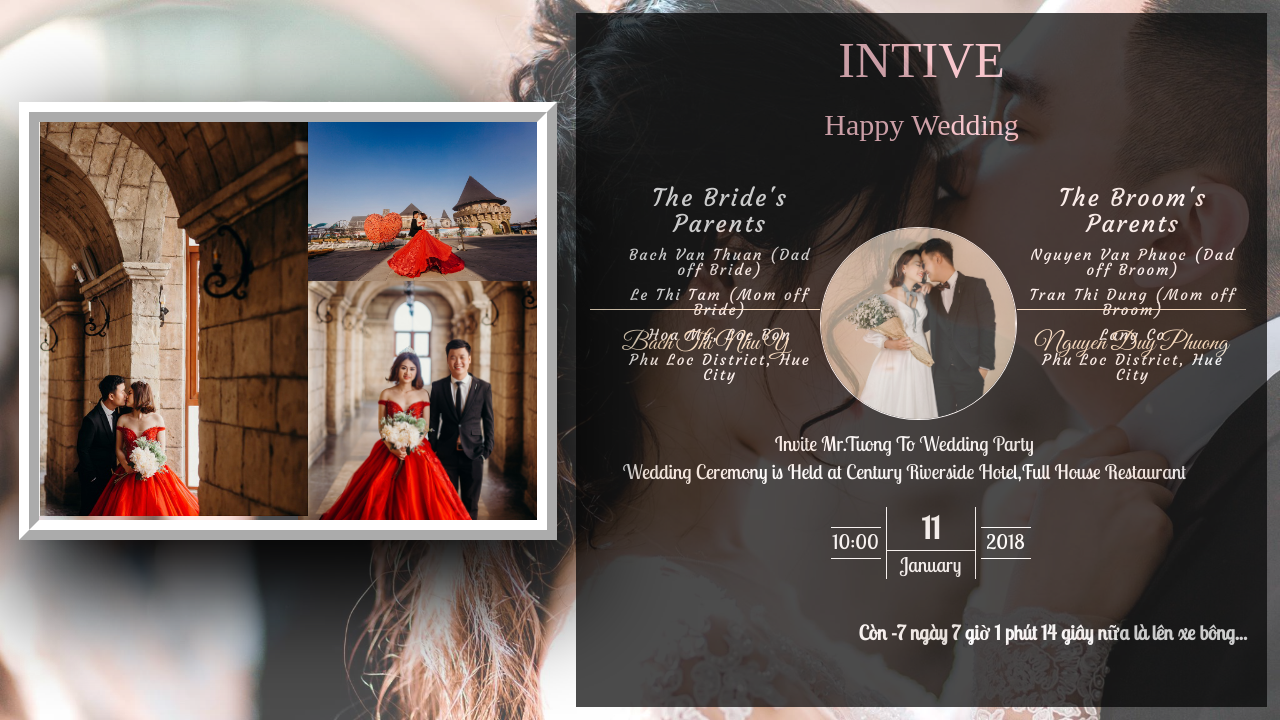
Repository: nguyenhuutuong999/WeddingOfSister
Page: index.html
These files come from the project's save history. The page is drawn as it stood at one moment and after the next save; the edit follows.
The browser window is 1280 px wide. The pictures show the whole page.
Some web fonts or font styles are not loaded; a fallback is used.

Above is the page before, as saved 2019-09-17 17:25:35.

### index.html
<!doctype html>
<html>

<head>
    <meta charset="utf-8">
    <meta name="viewport" content="width=device-width, initial-scale=1">
    <title>Wedding</title>

    <!-- Latest compiled and minified CSS & JS -->

    <link rel="stylesheet" href="./style.css">


    <!-- Latest compiled and minified CSS & JS -->
    <link rel="stylesheet" media="screen" href="//netdna.bootstrapcdn.com/bootstrap/3.3.4/css/bootstrap.min.css">
    <script src="//code.jquery.com/jquery.js"></script>
    <script src="//netdna.bootstrapcdn.com/bootstrap/3.3.4/js/bootstrap.min.js"></script>

    <link rel="stylesheet" href="./animate.css">
    <script type="text/javascript" src="./wow.min.js"></script>
    <script>
        new WOW().init();
    </script>

</head>


<body>
    <div id="container">
        <div id="opacity-background"></div>

        <div id="album">
                <img id = "vh" name="image_vh" src="./images/vh1.jpg" class="wow fadeInLeft" data-wow-duration="1s">
                <img id = "hh" name="image_hh" src="./images/hh1.jpg" class="wow fadeInRight" data-wow-duration="1s">
            <img id = "s" name="image_s" src="./images/s1.jpg" class="wow fadeInUp" data-wow-duration="1s">
        </div>
        <div id="content">
            <h1 id="invite">INTIVE</h1>
            <h2 id="happy">Happy Wedding</h2>
            <div id="infor">
                <div id="bride" class="wedding">
                    <!-- // <label>Le Thi Thanh Ngan</label> -->
                    <h3>The Bride's Parents</h3>
                    <p>Bach Van Thuan (Dad off Bride)</p>
                    <p>Le Thi Tam (Mom off Bride)</p>
                    <p>Hoa My, Loc Bon</p>
                    <p>Phu Loc District, Hue City</p>

                </div>
                <div id="broom" class="wedding">
                    <!--  -->
                    <h3>The Broom's Parents</h3>
                    <p>Nguyen Van Phuoc (Dad off Broom)</p>
                    <p>Tran Thi Dung (Mom off Broom)</p>
                    <p>Lang Co</p>
                    <p>Phu Loc District, Hue City</p>

                </div>
                <!-- <canvas id="myCanvas" width="470" height="300"></canvas> -->

            </div>
            <div id="colorful">
                <h2 style="margin-left: 0px;" class="name">Bach Thi Nhu Y</h2>
                <img name="image_s" id="radius" src="./images/s1.jpg" class="wow zoomIn" data-wow-duration="1s" />
                <h2 style="margin-left: 0px;" class="name">Nguyen Duy Phuong</h2>
            </div>
            <div id="desc">
                <div style="color: white; position: relative; margin-top: 44%;">Invite Mr.Tuong To Wedding Party</div>
                <div id="place">Wedding Ceremony is Held at Century Riverside Hotel,Full House Restaurant</div>
                <div id="time">
                    <div id="hour" class="border1">10:00</div>
                    <div id="day-month">
                        <div id="day">11</div>
                        <div id="month">January</div>
                    </div>
                    <div id="year" class="border1">2018</div>
                </div>

            </div>
            <p id="countDown"></p>
        </div>

</body>

</html>
<script type="text/javascript">
    window.onload = function () {

        setTimeout("switchImageVH()", 3000);
        setTimeout("switchImageS()", 3000);
        setTimeout("switchImageHH()", 3000);
    }
    var current_vh = 1;
    var num_image_vh = 7;

    var current_s = 1;
    var num_image_s = 7

    var current_hh = 1;
    var num_image_hh = 7;

    function switchImageVH() {
        current_vh++;
        document.images['image_vh'].src = './images/vh' + current_vh + '.jpg';

        if (current_vh < num_image_vh) {
            setTimeout("switchImageVH()", 3000);

        } else if (current_vh == num_image_vh) {

            current_vh = 1;
            setTimeout("switchImageVH()", 3000);
        }


    }
    function switchImageS() {
        current_s++;
        document.images['image_s'].src = './images/s' + current_s + '.jpg';

        if (current_s < num_image_s) {
            setTimeout("switchImageS()", 3000);

        } else if (current_s == num_image_s) {
            current_s = 1;
            setTimeout("switchImageS()", 3000);
        }
    }
    function switchImageHH() {
        current_hh++;
        document.images['image_hh'].src = './images/hh' + current_hh + '.jpg';

        if (current_hh < num_image_s) {
            setTimeout("switchImageHH()", 3000);

        } else if (current_hh == num_image_s) {
            current_hh = 1;
            setTimeout("switchImageHH()", 3000);
        }
    }


    var dateWedding = {

        date: 10,
        hour: 23,
        minutes: 59,
        second: 59,
    }

    setInterval(function () {
        var today = new Date();
        var date = "Còn " + (dateWedding.date - today.getDate()) + " ngày " + (dateWedding.hour - today.getHours()) + " giờ " + (dateWedding.minutes - today.getMinutes()) + " phút " + (dateWedding.second - today.getSeconds() + " giây nữa là lên xe bông...");
        document.getElementById("countDown").innerHTML = date;
    }, 1000);



    // var canvas = document.getElementById('myCanvas');
    // var context = canvas.getContext('2d');

    // // Xác đinh tâm là trọng tâm của Canvas
    // var x = canvas.width / 2;
    // var y = canvas.height / 2;

    // // bán kính 75px
    // var radius = 130;

    // // Góc bắt đầu là 1.1PI
    // var startAngle = 1.1 * Math.PI;

    // // Góc kết thúc là 1.9PI
    // var endAngle = 1.9 * Math.PI;

    // // Cùng chiều kim đồng hồ
    // var counterClockwise = false;

    // // Vẽ đường cung
    // context.beginPath();
    // context.arc(x, y, radius, startAngle, endAngle, counterClockwise);
    // context.lineWidth = 1.5;

    // // line color
    // context.strokeStyle = 'blanchedalmond';
    // context.stroke();


</script>

### style.css
@import url('https://fonts.googleapis.com/css?family=Great+Vibes&display=swap');
@import url('https://fonts.googleapis.com/css?family=Cookie&display=swap');
@import url('https://fonts.googleapis.com/css?family=Courgette&display=swap');
@import url('https://fonts.googleapis.com/css?family=Berkshire+Swash|Great+Vibes&display=swap');
@import url('https://fonts.googleapis.com/css?family=Lobster+Two&display=swap');
body,html{
    top:0;
    margin: 0;
    padding: 0;
    font-family: Impact, Haettenschweiler, 'Arial Narrow Bold', sans-serif;
    width: 100%;
    height: 100%;
}

#container{
    display: flex;
    background-image: url("./images/wedding6.jpg.png");
    background-repeat: repeat;
    background-size: cover;
    width: 100%;
    height: 100%;
    position: relative;
}
#opacity-background{

    position: absolute;
    top: 0;
    left: 0;
    width: 100%;
    height: 100%;
    background:white;
    opacity: 0.3;

}

#content{

    position: relative;
    background: rgb(0, 0, 0);
    opacity: 0.7;
    width: 59%;
    float: left;
    margin: 1% 1% 1% 45%;

}
#album {
    margin: 8% 1.5% 0 1.5%;
    width: 42%;
    position: absolute;
    box-shadow: 10px 50px 100px 10px black;
    border: 20px ridge #ffffff;
}

#vh{
    width: 54%;
    position: absolute;

}
#hh{
    width: 48%;
    margin-left: 52%;

}
#s{
    width: 48%;
    margin-left: 52%;

}


#invite{
    font-family: 'Berkshire Swash', cursive;
    color: pink;
    text-align: center;
    font-size: 50px;
}
#happy{
    font-family: 'Berkshire Swash', cursive;
    color: pink;
    text-align: center;
}
#infor{
    color: white;
    font-family: 'Courgette', cursive;
    font-size: 15px;
    display: flex;
    position: absolute;
    padding: 2% 4%;
    width: 100%;
}
.wedding{
    width: calc(100%/2);
    letter-spacing: 2px;
    text-align: center;
    line-height: 15px;
}
.wedding h3{

}
#colorful{
    color: white;
    font-family: 'Great Vibes', cursive;
    display: flex;
    margin-top: 0px;
    position: absolute;
    text-align: center;
    width: 95%;
    align-items: center;
    margin-top: 11%;
    margin-left: 2%;

}
.name{
    border-style: solid;
    border-width: 1px 0 0 0;
    padding:  20px 0;
    margin-top: 50px;
    color: blanchedalmond;
    width: 35%;
    font-size: 25px;
}
#radius{
    border-radius: 100%;
    border: solid 1.5px white;
    width: 30%;
}

#desc{
    position: relative;
    color: white;
    font-family: 'Lobster Two', cursive;
    font-size: 20px;
    margin-top: 00%;
    text-align: center;
    width: 95%;
}



#time{
    display: flex;
    position: relative;
    width: 40%;
    margin-left: 38%;
}
#hour{
    margin: 40px 5px;
}

#year{

    margin: 40px 5px;
}
.border1{
    border-style: solid;
    border-width: 0.1px 0;
    width: 50px;
}
#day-month{
    border-style: solid;
    border-width: 0 1.5px;
    width: 90px;
    margin: 20px 0;
}
#day{
    border-style: solid;
    border-width: 0 0 1px 0;
    width: 89px;

    font-size: 30px;
    font-weight: bold;
}
/* #myCanvas{
    position: absolute;
    margin-top: 110px;
    margin-left: 185px;


} */

#bride{
    margin-left: 10px;
}
#broom{
    margin-left: 200px;
}
#countDown{
    position: relative;
    font-family: 'Lobster Two', cursive;
    color: white;
    text-align: right;
    font-size: 20px;
    font-weight: bold;
    margin-top: 0%;

    padding: 20px;
}

@media only screen and (max-width: 600px) {

    #container{
        display: inline-block;
        background-image: url("./images/wedding5.jpg");
        background-repeat: repeat;
        background-size: cover;
        width: 100%;
        height: 100%;
        position: relative;
    }
    #invite{

        margin-top: 0px;
        padding: 5px;
        font-size: 1em;
    }
    #happy{
        font-size: 0.8em;
        margin-top: -10px;
    }
    #infor{
        margin-top: -30px;
        font-size: 5px;
        padding: 5px 10px;
    }
    .wedding h3{
        font-size: 10px;
    }
    .wedding{
        width: calc(100%);
        letter-spacing: 0.5px;
        font-size: 6px;
        line-height: 0.5px;
    }

    #bride{
        margin-left: 0px;
    }
    #broom{
        margin-left: 70px;
    }
    #colorful{
        width: 95%;
        margin-top: 5%;
        margin-left: 2%;

    }
    .name{
        padding:  10px 0;
        font-size: 12px;
    }
    #radius{
        border: solid 0.5px white;
    }

    #desc{
        position: relative;
        color: white;
        font-family: 'Lobster Two', cursive;
        font-size: 10px;
        margin-top: 30%;
        text-align: center;
        width: 95%;
    }

    #time{
        display: flex;
        position: relative;
        width: 40%;
        margin-left: 35%;
        margin-top: -30px;
        font-size: 7px;
    }
    #hour{
        margin: 45px 5px;
        width: 20%;
    }

    #year{
        width: 20%;
        margin: 45px 5px;
    }

    #day-month{
        border-width: 0 1px;
        width: 40px;
        margin: 35px 0;
    }
    #day{
        width: 100%;
        font-size: 10px;

    }
    #countDown{

        font-size: 8px;
        margin-top: -5%;
    padding: 5px;

    }
    #content{

        position: relative;
        background: rgb(0, 0, 0);
        opacity: 0.7;
        width: 92%;
        margin: 4%;

    }
    #album {
        margin: 4%;
        width: 92%;
        position: absolute;
        margin-top: 80%;
        box-shadow: 10px 50px 100px 10px black;
        border: 15px ridge #ffffff;
    }

    #vh{
        width: 53%;

        position: absolute;

    }
    #hh{
        width: 48%;

        margin-left: 52%;

    }
    #s{
        width: 48%;
        margin-left: 52%;

    }


  }

  @media only screen and (min-width: 1600px) {

    #container{
        display: flex;
        background-image: url("./images/wedding6.jpg.png");
        background-repeat: repeat;
        background-size: cover;
        width: 100%;
        height: 100%;
        position: relative;
    }
    #opacity-background{

        position: absolute;
        top: 0;
        left: 0;
        width: 100%;
        height: 100%;
        background:white;
        opacity: 0.3;

    }

    #content{

        position: relative;
        background: rgb(0, 0, 0);
        opacity: 0.7;
        width: 59%;
        float: left;
        margin: 1% 1% 1% 45%;

    }
    #album {
        margin: 8% 1.5% 0 1.5%;
        width: 42%;
        position: absolute;
        box-shadow: 10px 50px 100px 10px black;
        border: 20px ridge #ffffff;
    }

    #vh{
        width: 54%;
        position: absolute;

    }
    #hh{
        width: 48%;
        margin-left: 52%;

    }
    #s{
        width: 48%;
        margin-left: 52%;

    }


    #invite{
        font-family: 'Berkshire Swash', cursive;
        color: pink;
        text-align: center;
        font-size: 70px;
    }
    #happy{
        font-family: 'Berkshire Swash', cursive;
        color: pink;
        text-align: center;
        font-size: 50px;
    }
    #infor{
        color: white;
        font-family: 'Courgette', cursive;
        font-size: 18px;
        display: flex;
        position: absolute;
        padding: 2% 4%;
        width: 100%;
    }
    .wedding{
        width: calc(100%/2);
        letter-spacing: 2px;
        text-align: center;
        line-height: 25px;
    }
    .wedding h3{
        font-size: 30px;
    }
    #colorful{
        color: white;
        font-family: 'Great Vibes', cursive;
        display: flex;
        margin-top: 0px;
        position: absolute;
        text-align: center;
        width: 95%;
        align-items: center;
        margin-top: 13%;
        margin-left: 2%;

    }
    .name{
        border-style: solid;
        border-width: 1px 0 0 0;
        padding:  20px 0;
        margin-top: 50px;
        color: blanchedalmond;
        width: 35%;
        font-size: 35px;
    }
    #radius{
        border-radius: 100%;
        border: solid 1.5px white;
        width: 30%;
    }

    #desc{
        position: relative;
        color: white;
        font-family: 'Lobster Two', cursive;
        font-size: 30px;
        margin-top: 00%;
        text-align: center;
        width: 95%;
    }



    #time{
        display: flex;
        position: relative;
        width: 50%;
        margin-left: 40%;
    }
    #hour{
        width:80px;
        margin: 80px 15px;
    }

    #year{
        width:80px;
        margin: 80px 5px;
    }

    #day-month{
        border-style: solid;
        border-width: 0 1.5px;
        width: 27%;
        margin: 30px 0;
    }
    #day{
        border-style: solid;
        border-width: 0 0 1px 0;
        width: 100%;
        font-size: 60px;
        font-weight: bold;
    }
    /* #myCanvas{
        position: absolute;
        margin-top: 110px;
        margin-left: 185px;


    } */

    #bride{
        margin-left: 10px;
    }
    #broom{
        margin-left: 200px;
    }
    #countDown{
        position: relative;
        font-family: 'Lobster Two', cursive;
        color: white;
        text-align: right;
        font-size: 20px;
        font-weight: bold;
        margin-top: 0%;
        font-style: italic;
        padding: 20px;
    }


  }

Loaded but not shown: animate.css (library); wow.min.js (library)

After the next save:
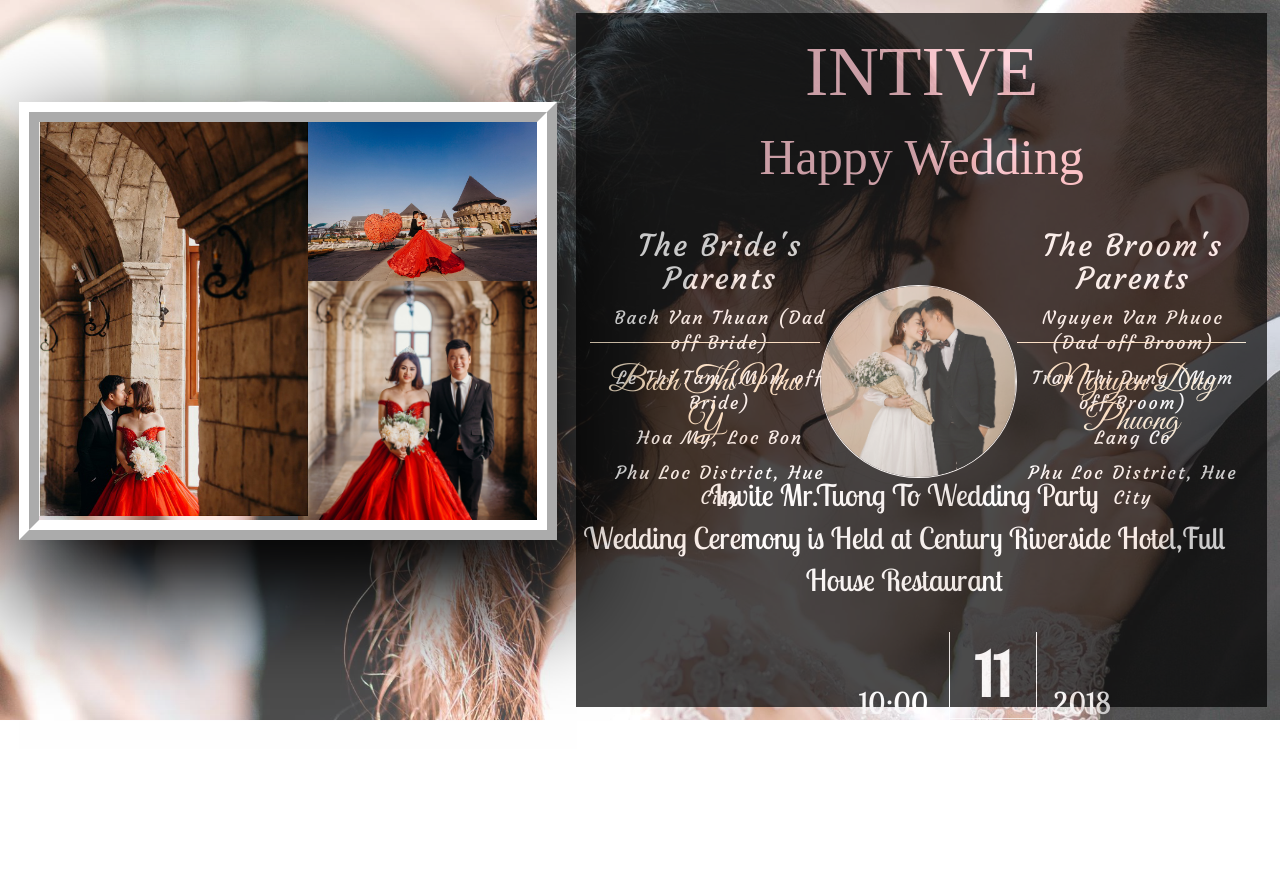
Saved 29 s later.
--- a/style.css
+++ b/style.css
@@ -72,17 +72,18 @@ body,html{
     font-family: 'Berkshire Swash', cursive;
     color: pink;
     text-align: center;
-    font-size: 50px;
+    font-size: 70px;
 }
 #happy{
     font-family: 'Berkshire Swash', cursive;
     color: pink;
     text-align: center;
+    font-size: 50px;
 }
 #infor{
     color: white;
     font-family: 'Courgette', cursive;
-    font-size: 15px;
+    font-size: 18px;
     display: flex;
     position: absolute;
     padding: 2% 4%;
@@ -92,10 +93,10 @@ body,html{
     width: calc(100%/2);
     letter-spacing: 2px;
     text-align: center;
-    line-height: 15px;
+    line-height: 25px;
 }
 .wedding h3{
-
+    font-size: 30px;
 }
 #colorful{
     color: white;
@@ -106,7 +107,7 @@ body,html{
     text-align: center;
     width: 95%;
     align-items: center;
-    margin-top: 11%;
+    margin-top: 13%;
     margin-left: 2%;
 
 }
@@ -117,7 +118,7 @@ body,html{
     margin-top: 50px;
     color: blanchedalmond;
     width: 35%;
-    font-size: 25px;
+    font-size: 35px;
 }
 #radius{
     border-radius: 100%;
@@ -129,7 +130,7 @@ body,html{
     position: relative;
     color: white;
     font-family: 'Lobster Two', cursive;
-    font-size: 20px;
+    font-size: 30px;
     margin-top: 00%;
     text-align: center;
     width: 95%;
@@ -140,34 +141,30 @@ body,html{
 #time{
     display: flex;
     position: relative;
-    width: 40%;
-    margin-left: 38%;
+    width: 50%;
+    margin-left: 40%;
 }
 #hour{
-    margin: 40px 5px;
+    width:80px;
+    margin: 80px 15px;
 }
 
 #year{
-
-    margin: 40px 5px;
-}
-.border1{
-    border-style: solid;
-    border-width: 0.1px 0;
-    width: 50px;
-}
+    width:80px;
+    margin: 80px 5px;
+}
+
 #day-month{
     border-style: solid;
     border-width: 0 1.5px;
-    width: 90px;
-    margin: 20px 0;
+    width: 27%;
+    margin: 30px 0;
 }
 #day{
     border-style: solid;
     border-width: 0 0 1px 0;
-    width: 89px;
-
-    font-size: 30px;
+    width: 100%;
+    font-size: 60px;
     font-weight: bold;
 }
 /* #myCanvas{
@@ -192,10 +189,9 @@ body,html{
     font-size: 20px;
     font-weight: bold;
     margin-top: 0%;
-
+    font-style: italic;
     padding: 20px;
 }
-
 @media only screen and (max-width: 600px) {
 
     #container{
